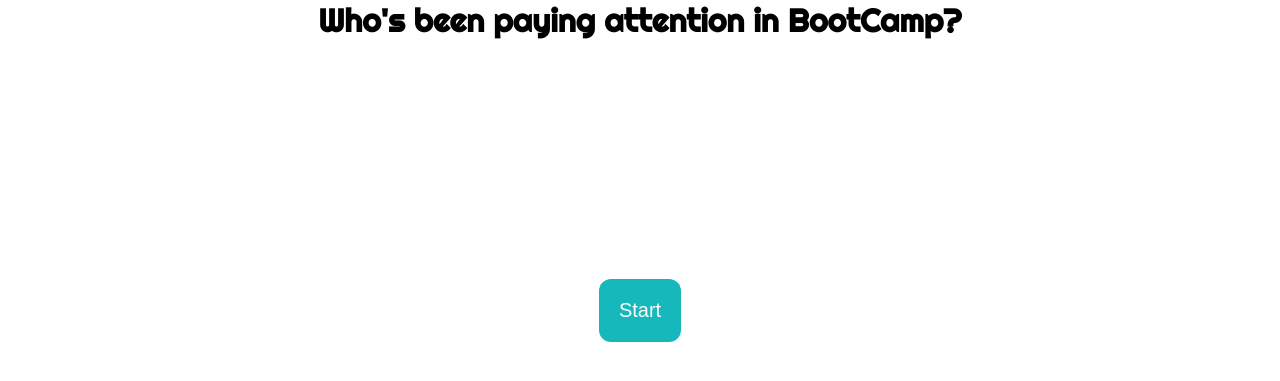
Repository: kkyler24/Quizlet
Page: Quiz.html
The author's editor kept a copy of each file at every save. The page is drawn from the files as they stood at one save, then again after the next save.
The browser window is 1280 px wide. The pictures show the whole page.
Some web libraries are served in a nearby version.

Above is the page before, as saved 2020-03-16 01:02:02.

### Quiz.html
<!DOCTYPE html>

<html lang="en">

<head>
    <meta charset="UTF-8">
    <meta name="viewport" content="width=device-width, initial-scale=1.0">

    <!-- font family -->
    <link href="https://fonts.googleapis.com/css2?family=Righteous&display=swap" rel="stylesheet">

    <!-- Popper -->
    <script src="https://cdnjs.cloudflare.com/ajax/libs/popper.js/1.12.9/umd/popper.min.js"
        integrity="sha384-ApNbgh9B+Y1QKtv3Rn7W3mgPxhU9K/ScQsAP7hUibX39j7fakFPskvXusvfa0b4Q"
        crossorigin="anonymous"></script>
    <!-- Myfiles -->
    <link rel="stylesheet" type="text/css" href="DevOpsFiles/Style.css">
    <title>Quiz it</title>
</head>

<header>Who's been paying attention in BootCamp?</header>

<!-- Quiz Design -->

<body>

    <div class="time"></div>
    <Div class="flex-container">
        <div>
            <input type="button" class="startButton" value="Start"/>
        </div>
        <div id="questionBoxOne" class="row" style="display: none;">
            <div class="col-md-6 col-sm-3 questionDiv">
                "What is BootStrap?"
                <div class="col-8 col-sm-6 answerA">
                    <button type="button" class="button">"A piece of material that helps hold up your
                        boot"
                    </button>
                </div>
                <div class="col-8 col-sm-6 answerA correct">
                    <button type="button" class="button">"An open source Css
                        framework"</button>
                </div>
                <div class="col-8 col-sm-6 answerA">
                    <button type="button" class="button">"An open source Js framework"</button>
                </div>
            </div>
        </div>

        <div id="questionBoxTwo" class="row" style="display: none;">
            <div class="col-md-6 col-sm-3 questionDiv">
                "Javascript is to muscles as HTML is to...?"
            </div>
                <div class="col-8 col-sm-6 answerB correct">
                    <button type="button" class="button"> IceCream"</button>
                </div>
                <div class="col-8 col-sm-6 answerB">
                    <button type="button" class="button">"Skin"</button>
                </div>
                <div class="col-8 col-sm-6 answerB">
                    <button type="button" class="button">"Skeleton"</button>
                </div>
            </div>


        <div id="questionBoxThree" class="row" style="display: none;">
            <div class="col-md-6 col-sm-3 questionDiv">
                "What does HTML stand for?"
                <div class="row">

                    <div class="col-8 col-sm-6 answerC">
                        <button type="button" class="button">"Home Tools Mark-up language" </button>

                        <div class="col-8 col-sm-6 answerC">
                            <button type="button" class="button"> "Hyper-text Mark down language "</button>

                            <div class="col-8 col-sm-6 answerC">
                                <button type="button" class="button">"Hyper-text Mark up language
                                    "</button>
                            </div>
                        </div>
                    </div>
                </div>
            </div>
        </div>

        <div id="questionBoxFour" class="row" style="display: none;">
            <div class="col-md-6 col-sm-3 questionDiv">
                "What is BootStrap?"
                <div class="row">

                    <div class="col-8 col-sm-6 answerD">
                        <button type="button" class="button">"A piece of material that helps hold
                            up your boot" </button>

                        <div class="col-8 col-sm-6 answerD">
                            <button type="button" class="button">"An open source Css
                                framework"</button>

                            <div class="col-8 col-sm-6 answerD">
                                <button id="D" type="button" class="button">"An open source Js
                                    framework"</button>
                            </div>
                        </div>
                    </div>
                </div>
            </div>
        </div>
    </Div>

    <script src="https://code.jquery.com/jquery-3.4.1.js"></script>
    <script src="DevOpsFiles/Java.js"></script>
</body>

</html>

### DevOpsFiles/Style.css
body{
    margin: auto;
    text-align: center;
    background-image: image();
  }

.flex-container {
    display: flex;
    height: 500px;
    justify-content: center;
    align-items: center;
    flex-direction: column;
  }

header{
font-family: "Righteous", cursive;
font-size: xx-large;
font-weight: bolder;

  }

#secLeft {
  position: absolute;
  top: 0.1%;
  display: block;
}

#questionBoxOne {
  position: absolute;

}

#questionBoxTwo {
  position: absolute;

}

#questionBoxThree {
  position: absolute;

}

#questionBoxFour {
  position: absolute;

}
.questionDiv{
  font-size: 25px;
  font-weight: bold;

}

.button{
background-color: rgb(22, 184, 187);
padding: 20px;
border-radius: 12px;
border: none;
color: white;
font-family:Arial, Helvetica, sans-serif;
font-size: 20PX;
}

.time{
  float: right;
  height: 100px;
  text-align: center;
}

.startButton{
  text-align: center;
  margin-top: 50%;
  background-color: rgb(22, 184, 187);
padding: 20px;
border-radius: 12px;
border: none;
color: white;
font-family:Arial, Helvetica, sans-serif;
font-size: 20PX;
}

### DevOpsFiles/Java.js

// record start time
var startTime;
function display() {
    // later record end time
    var endTime = new Date();

    // time difference in ms
    var timeDiff = endTime - startTime;

    // strip the miliseconds
    timeDiff /= 1000;

    // get seconds
    var seconds = Math.floor(timeDiff % 60);

    // remove seconds from the date
    timeDiff = Math.floor(timeDiff / 60);

    // get minutes
    var minutes = Math.round(timeDiff % 60);

    // remove minutes from the date
    timeDiff = Math.floor(timeDiff / 60);

    // get hours
    var hours = Math.round(timeDiff % 24);

    // remove hours from the date
    timeDiff = Math.floor(timeDiff / 24);

    // the rest of timeDiff is number of days
    var days = timeDiff;

    $(".time").text(hours + ":" + minutes + ":" + seconds);
    setTimeout(display, 1000);
}

$("#startButton").click(function () {
    startTime = new Date();
    setTimeout(display, 1000);
});


//   function stopTimer() {
//     secondsElapsed = 0;
//     formatTime();
//   }
//   function startTimer() {
//     if (totalSeconds > 0) {
//       secondsElapsed = 0;
//       timer = setInterval(function () {
//         secondsElapsed++;
//         formatTime();
//       }, 1000);
//     }
//     formatTime();
//   }
// };

// ---Score Code---
var totalScore = [];

function getSum(total, num) {
  return total + Math(num);
}
function myFunction(item) {
  document.getElementById("stats").innerHTML = totalScore.reduce(getSum, 0);
}



// Questions Object
var Quests = [
  {
    Q1: {
      Question: "What is BootStrap?",
      answers: ["A piece of material that helps hold up your boot", "An open source Css framework", "An open source JS framework"],
      answersCorrect: [1]

    },

    Q2: {
      Question: "HTML is to Skeleton as Javascript is to...?",
      answers: ["Muscles", "Skin", "Coffee"],
      answersCorrect: [0]
    },

    Q3: {
      Question: "What does HTML stand for?",
      answers: ["A piece of material that helps hold up your boot", "An open source Css framework", "An open source JS framework"],
      answersCorrect: [3]
    },

    Q4: {
      Question: "What is BootStrap?",
      answers: ["A piece of material that helps hold up your boot", "An open source Css framework", "An open source JS framework"],
      answersCorrect: [2]
    }
  }];


// -->Get faded code<--
$(".button").on("click", function () {
  $(".startButton").fadeout(2500, function () {
    $(this).remove();
  })
});

$(".startButton").on("click", function () {
  $("#questionBoxOne").fadeIn(3700, function () {
  })
});

$(".answerA").on("click", function () {
  $("#questionBoxOne").fadeOut(2500, function () {
    $(this).remove();
  })
});

$(".answerA").on("click", function () {
  $("#questionBoxTwo").fadeIn(3600, function () {
  })
});

$('.answerB').on('click', function () {
  $("#questionBoxTwo").fadeOut(2500, function () {
    $(this).remove();
  })
});

$(".answerB").on("click", function () {
  $("#questionBoxThree").fadeIn(3600, function () {

  })
});

$('.answerC').on('click', function () {
  $("#questionBoxThree").fadeOut(2500, function () {
    $(this).remove();
  })
});

$(".answerC").on("click", function () {
  $("#questionBoxFour").fadeIn(3500, function () {
  })
});

$('.answerD').on('click', function () {
  $("#questionBoxFour").fadeOut(2500, function () {
    $(this).remove();
  })
});

$(".answerD").on("click", function () {
    $("#stats").slideDown(3500, function () {
    })
  });

//
// var aBBox = document.getElementsByClassName("col-8 col-sm-6 answerB");
// aBBox.


// done.addEventListener("event", function(){
// $(".answerb").on("event", function(){
//   $("#questionBoxTwo").fadeOut(2000,function(){
//     $(this).remove();
// })});



//
// $("#questionBoxTwo").fadeIn(1000,function())

// fade in after (this).remove has been completed
// var buttonCheck = document.getElementsByClassName("button");
// var totalScore = "";

// button listener



// Check the buttons for correct class
// // for ( var i = 0; i > flex-container.lenght; i++) {
// //   $("button").on("click", function(){
// //     if (buttonCheck.click === button.correct){
// //         totalScore = totalScore + 25;
// //     }
// //     else {secondsElapsed + 1500};
//   }
// )}

After the next save:
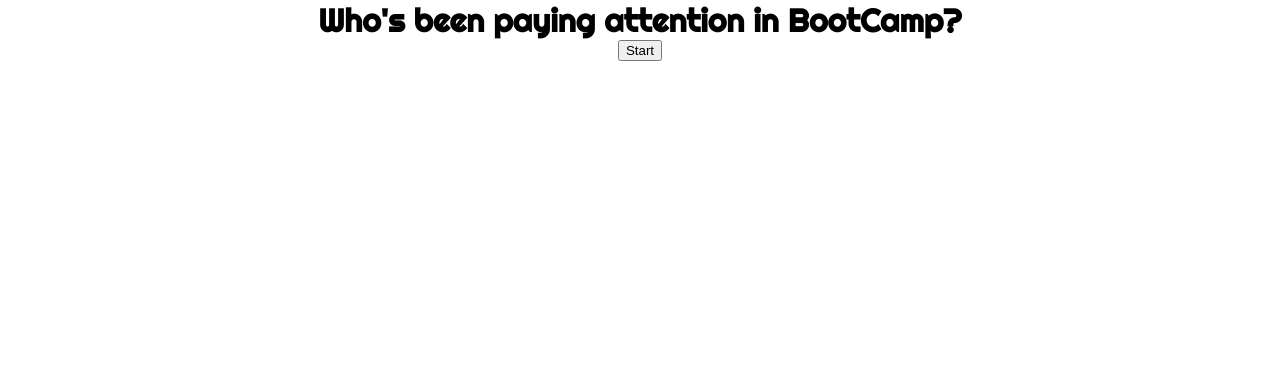
Saved 71 s later.
--- a/Quiz.html
+++ b/Quiz.html
@@ -23,12 +23,11 @@
 <!-- Quiz Design -->
 
 <body>
-
+    <div>
+        <input type="button" id="startButton" value="Start"/>
+    </div>
     <div class="time"></div>
     <Div class="flex-container">
-        <div>
-            <input type="button" class="startButton" value="Start"/>
-        </div>
         <div id="questionBoxOne" class="row" style="display: none;">
             <div class="col-md-6 col-sm-3 questionDiv">
                 "What is BootStrap?"
